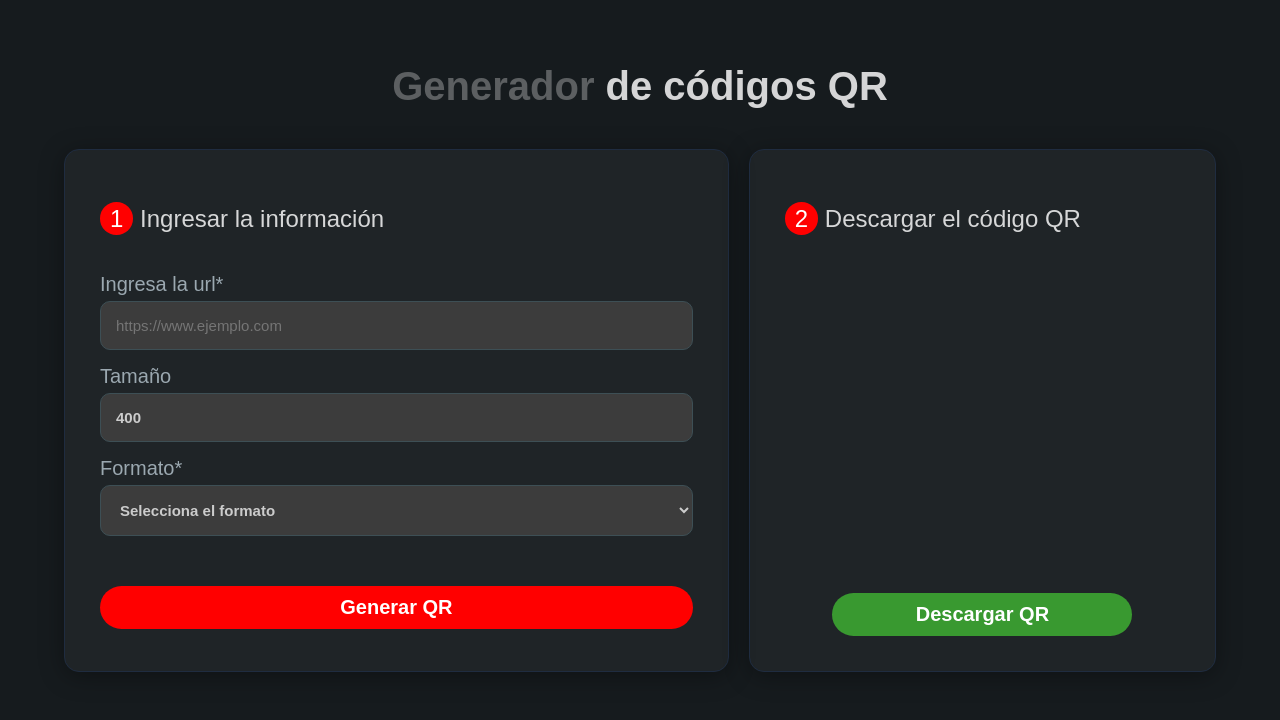
Repository: Marcos-gomez2020/qr-app
Page: public/index.html
An editor plug-in stored every save of this project. The page is shown before and after the next save, followed by the edit.
The browser window is 1280 px wide. The pictures show the whole page.

Above is the page before, as saved 2026-11-16 13:05:30.

After the next save:
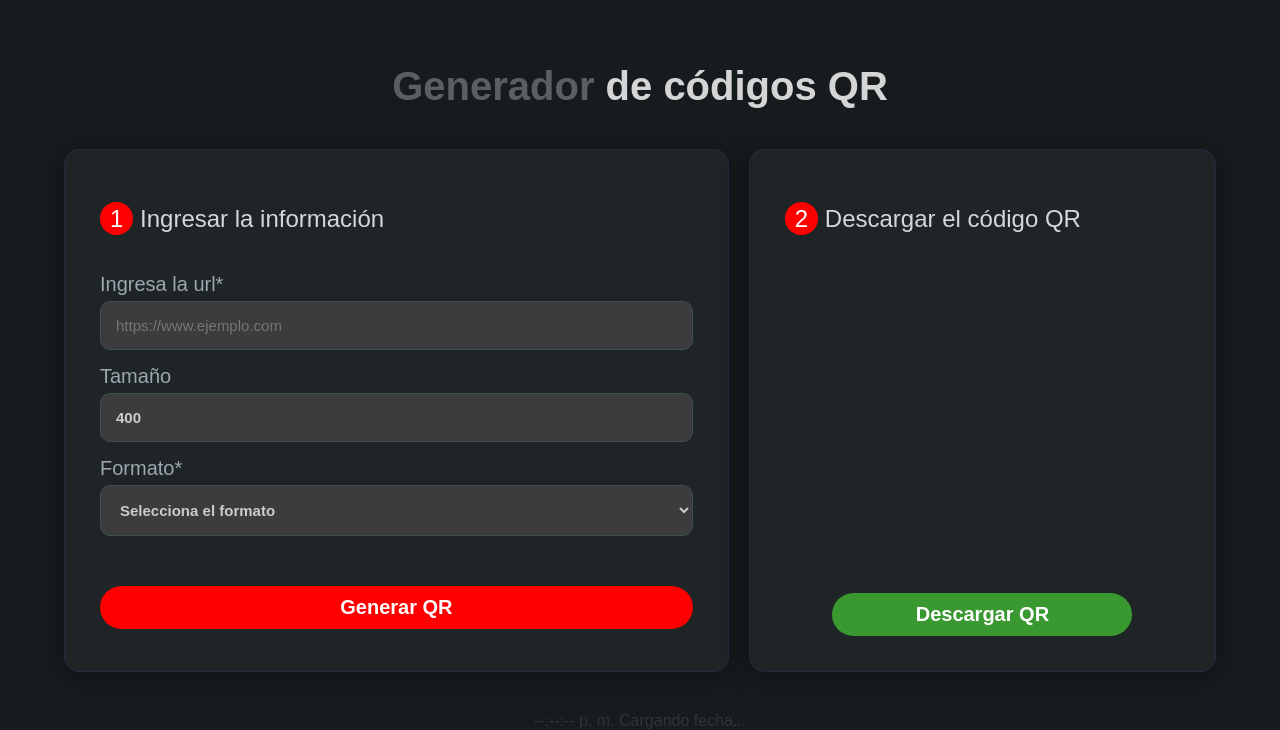
Saved 2 min 52 s later.
--- a/public/index.html
+++ b/public/index.html
@@ -9,7 +9,7 @@
         <link rel="stylesheet" href="/style.css"/>
     </head>
     <body>
-        <h1><span style="color: #ffffff4d;">Generador</span> <span>de códigos QR</span></h1>
+        <h1><span style="color: #ffffff4d;">Generador</span> de códigos QR</h1>
         <!-- <hr>-->
           <!--<div id="message" class="message"></div>-->
 
@@ -75,7 +75,14 @@
                 </div>
             </div>
         </div>
-        <script src="/app.js">
-        </script>
+        <footer id="qr-live-clock" class="live-clock" aria-label="Fecha y hora actual de Colombia">
+           <!-- <span class="live-clock-icon" aria-hidden="true">◷</span>-->
+            <span class="live-clock-content">
+                <time id="live-time" class="live-clock-time">--:--:-- p. m.</time>
+                <time id="live-date" class="live-clock-date">Cargando fecha...</time>
+            </span>
+        </footer>
+
+        <script src="/app.js"></script>
     </body>
 </html>
